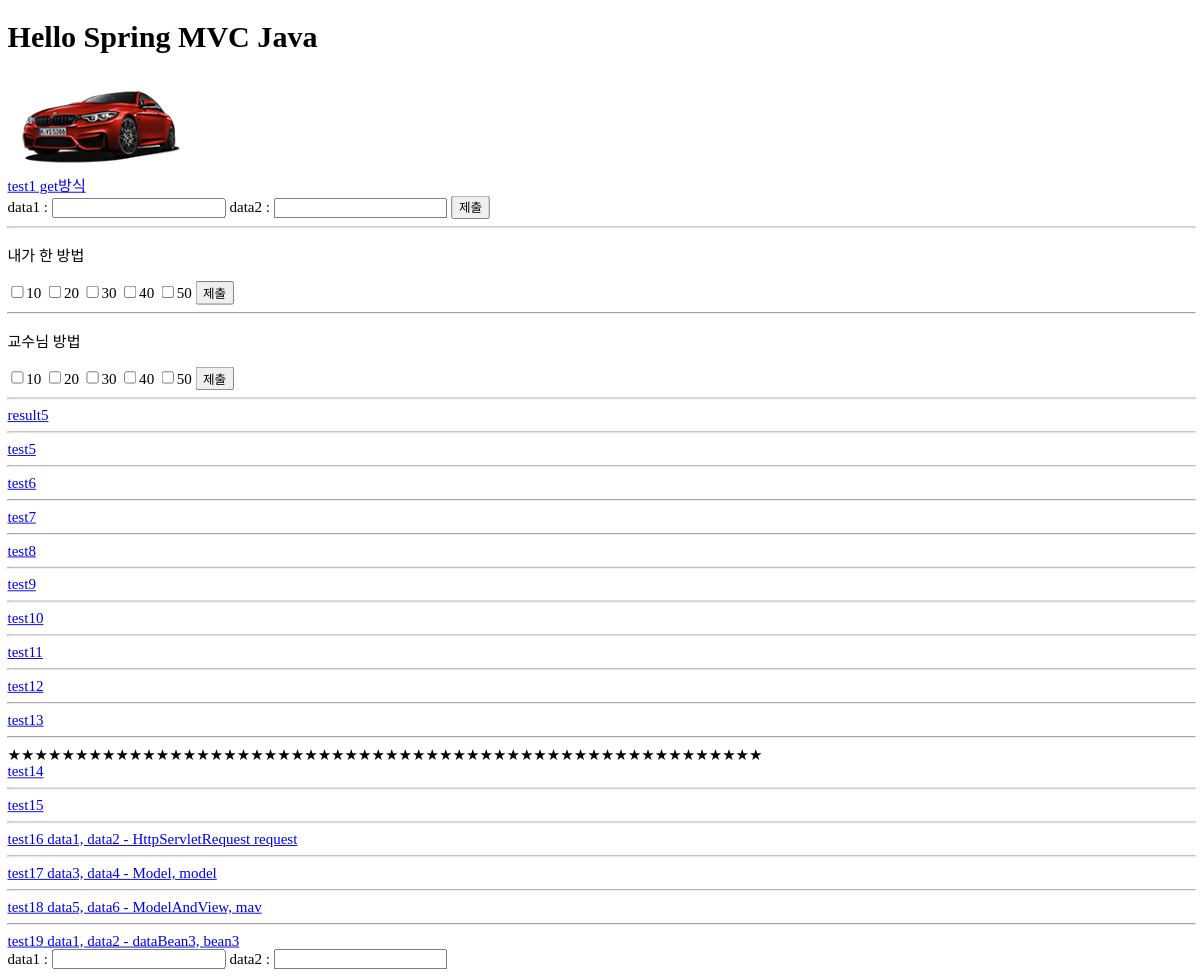
Repository: kangseongwuk/Spring
Page: http://localhost/WebSpringSample3_parameter/WEB-INF/views/index.jsp
The author's editor kept a copy of each file at every save. The page is drawn from the files as they stood at one save, then again after the next save.
The browser window is 1280 px wide. The pictures show the whole page, at 94% of full size.
The page is served by Tomcat 9. Nobody is signed in. The template is opened directly, without the code that normally fills it, so the values that code supplies are empty.

Above is the page before, as saved 2022-10-11 08:48:25.
Console error: TypeError: Cannot read properties of null (reading 'checked')

After the next save:
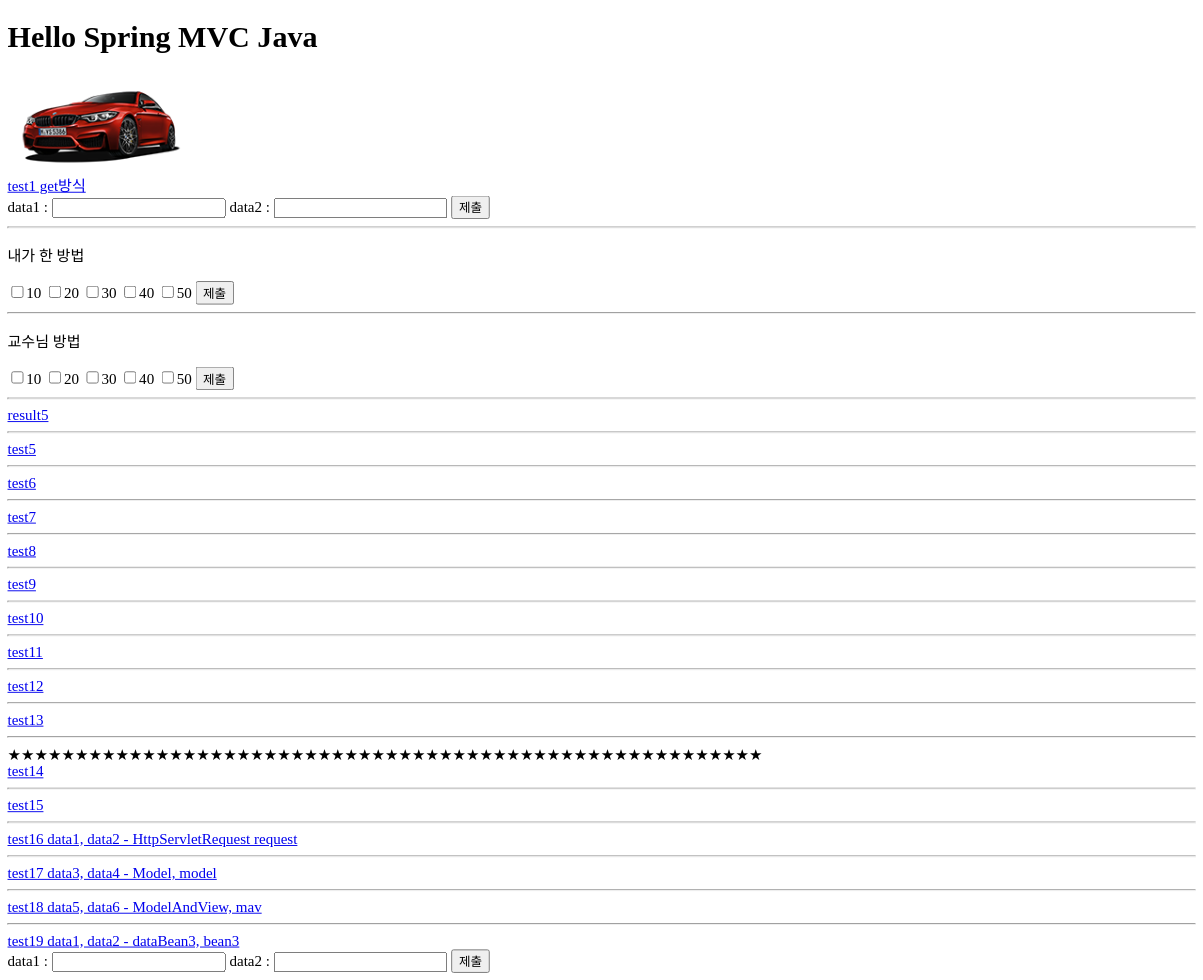
Saved 26 s later.
--- a/WebSpringSample3_parameter/src/main/webapp/WEB-INF/views/index.jsp
+++ b/WebSpringSample3_parameter/src/main/webapp/WEB-INF/views/index.jsp
@@ -95,6 +95,7 @@
 	<form action = "test19" method="post">
 		<label>data1 : <input type="text" name="data1"/></label>
 		<label>data2 : <input type="text" name="data2"/></label>
+		<input type="submit" value="제출"/>
 	</form>
 
 
